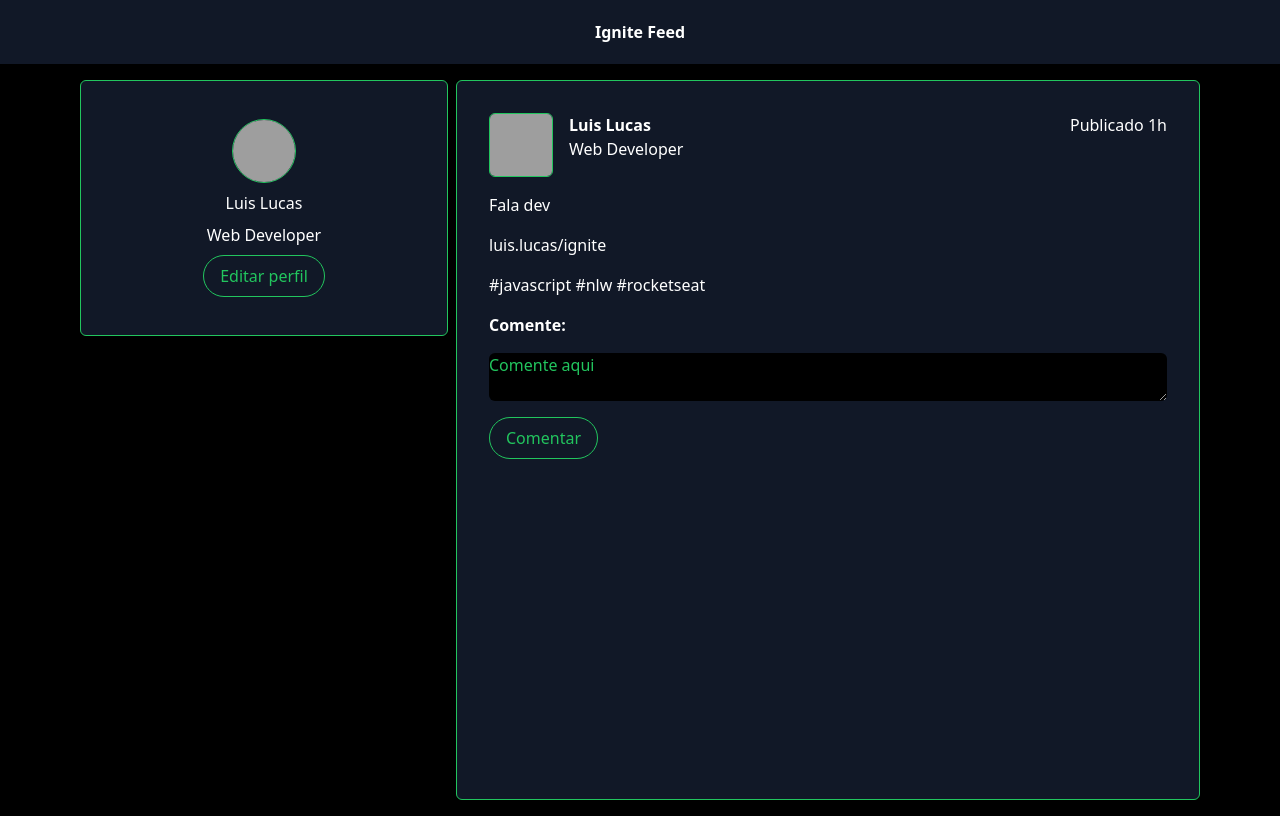
Repository: LuisSempre/ignite-feed
Page: /
These files come from the project's save history. The page is drawn as it stood at one moment and after the next save; the edit follows.
The browser window is 1280 px wide. The pictures show the whole page.
Pictures or frames that could not be fetched are drawn as grey boxes. The project was rebuilt for these pictures with package versions that can differ from the ones it lists, and the page was loaded fresh each time. Also part of the build but not shown: vite.config.js.

Above is the page before, as saved 2022-07-13 23:42:56.

After the next save:
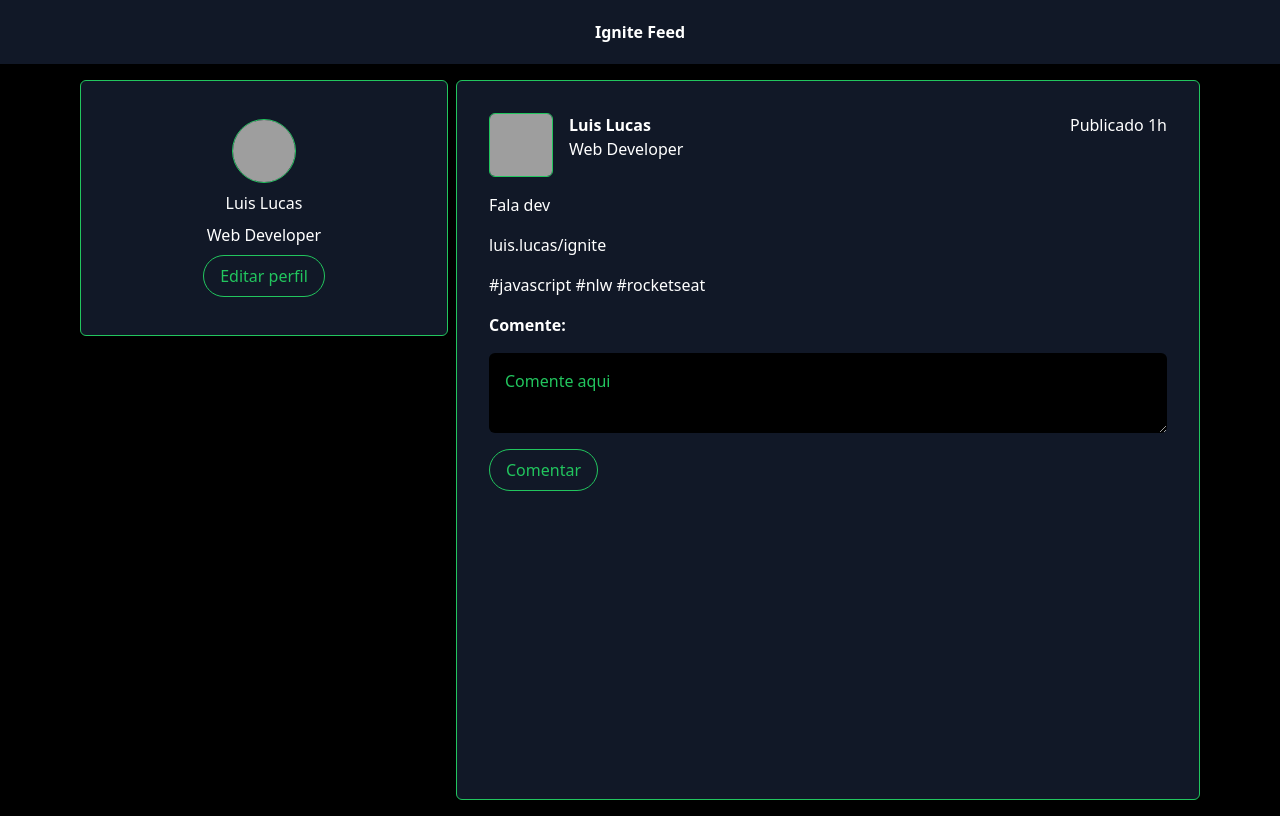
Saved 12 s later.
--- a/src/Components/Post.jsx
+++ b/src/Components/Post.jsx
@@ -25,7 +25,7 @@ export function Post() {
 
       <form className="flex flex-col justify-start items-start space-y-4">
         <strong>Comente:</strong>
-        <textarea className="w-full rounded-md bg-black placeholder-green-500" placeholder="Comente aqui" />
+        <textarea className="w-full rounded-md bg-black placeholder-green-500 p-4" placeholder="Comente aqui" />
         <button
         type="submit"
         className="border border-green-500 rounded-full px-4 py-2 text-green-500"
